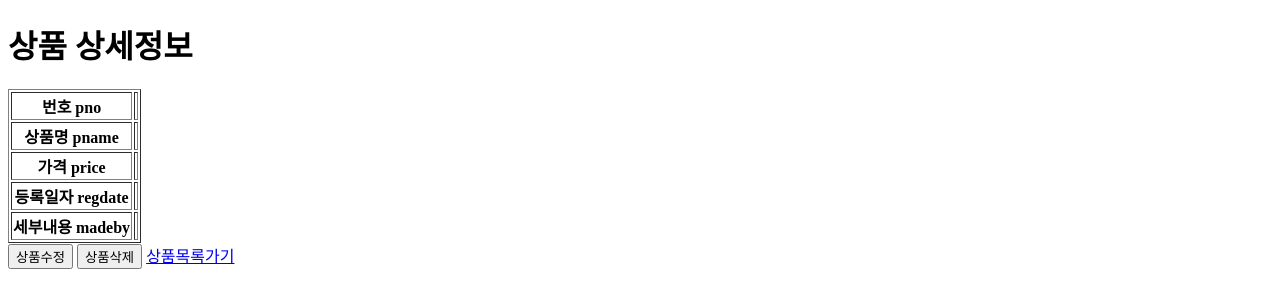
Repository: sujeong1799/JSP
Page: http://localhost/jsp_study/detail.jsp
An editor plug-in stored every save of this project. The page is shown before and after the next save, followed by the edit.
The browser window is 1280 px wide. The pictures show the whole page.
The page is served by Tomcat 9. The template is opened directly, without the code that normally fills it, so the values that code supplies are empty.

Above is the page before, as saved 2023-05-11 07:23:30.

After the next save:
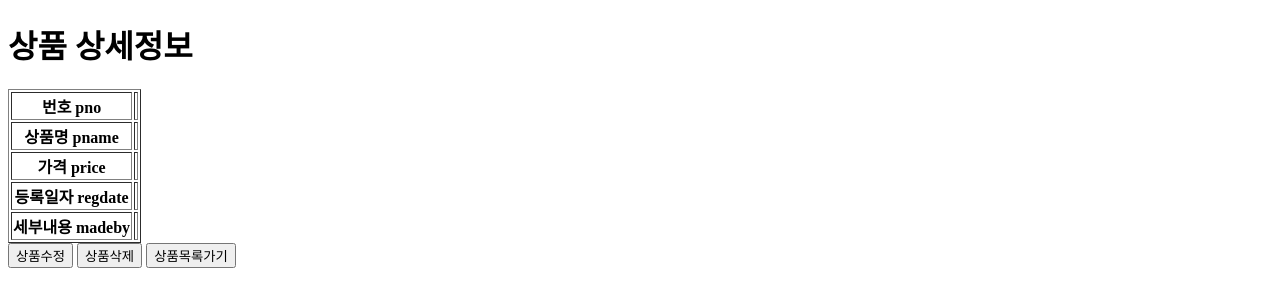
Saved 22 s later.
--- a/jsp_project1/jsp_study/src/main/webapp/detail.jsp
+++ b/jsp_project1/jsp_study/src/main/webapp/detail.jsp
@@ -32,7 +32,7 @@
 	</table>
 	<a href="modify.pd?pno=${pvo.pno }"><button type="button">상품수정</button></a>
 	<a href="remove.pd?pno=${pvo.pno }"><button type="button">상품삭제</button></a>
-	<a href="list.pd">상품목록가기</a>
+	<a href="list.pd"><button>상품목록가기</button></a>
 
 </body>
 </html>
